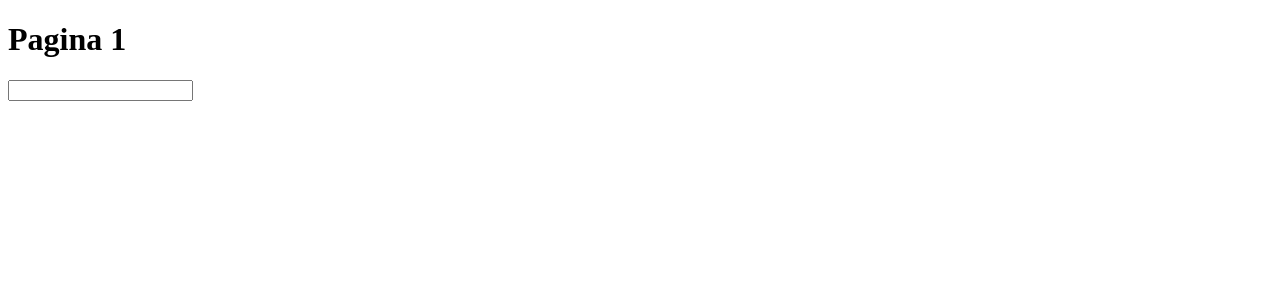
Repository: quino22/ulasalle
Page: lab02-70391273/war/cuarto.html
These files come from the project's save history. The page is drawn as it stood at one moment and after the next save; the edit follows.
The browser window is 1280 px wide. The pictures show the whole page.

Above is the page before, as saved 2016-10-31 23:11:30.

### lab02-70391273/war/cuarto.html
<!DOCTYPE html>
<html>
<head>
<meta charset="UTF-8">
<title>Insert title here</title>
</head>
<body>

<h1>Pagina 1</h1>
<input>
</body>
</html>

After the next save:
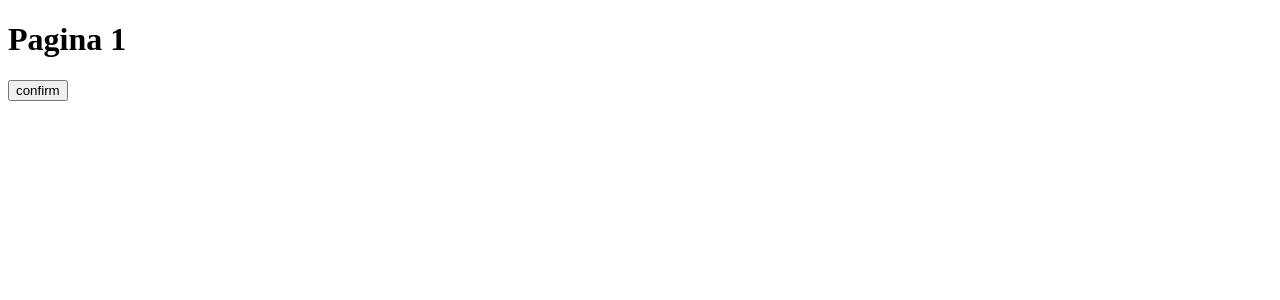
Saved 12 s later.
--- a/lab02-70391273/war/cuarto.html
+++ b/lab02-70391273/war/cuarto.html
@@ -7,6 +7,6 @@
 <body>
 
 <h1>Pagina 1</h1>
-<input>
+<input type="submit" value="confirm" name ="submit" />
 </body>
 </html>
